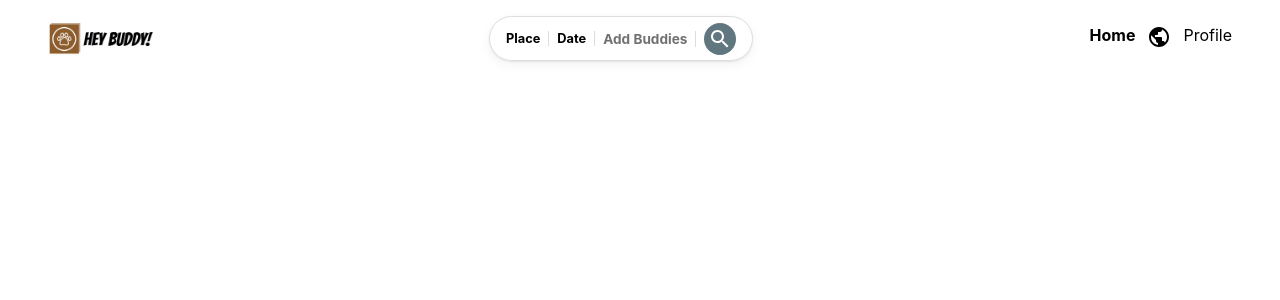
Repository: d4mp3/hey-buddy
Page: /
An editor plug-in stored every save of this project. The page is shown before and after the next save, followed by the edit.
The browser window is 1280 px wide. The pictures show the whole page.
The pointer rests on the first visible `.hey-buddy-home`.
The project was rebuilt for these pictures with package versions that can differ from the ones it lists, and the page was loaded fresh each time. Also part of the build but not shown: next.config.js, vite.config.js.

Above is the page before, as saved 2023-03-16 22:51:11.

### src/index.css
@import url("https://fonts.googleapis.com/css2?family=Nunito+Sans:ital,wght@0,200;0,300;0,400;0,600;0,700;0,800;0,900;1,200;1,300;1,400;1,600;1,700;1,800;1,900&display=swap");

:root {
  --black: #000;
  --grey: #ddd;
  --font-grey: #717171;
  --white: #ffffff;
  --theme: #61777F;
  --light-grey: #f7f7f7;
}


body {
  margin: 0;
  font-family: -apple-system, BlinkMacSystemFont, 'Segoe UI', 'Roboto', 'Oxygen',
    'Ubuntu', 'Cantarell', 'Fira Sans', 'Droid Sans', 'Helvetica Neue',
    sans-serif;
  -webkit-font-smoothing: antialiased;
  -moz-osx-font-smoothing: grayscale;
}

code {
  font-family: source-code-pro, Menlo, Monaco, Consolas, 'Courier New',
    monospace;
}

### src/components/Header/Header.js
import React from 'react';
import "./header.css"
import logo from "../../assets/brand/png/logo-no-background.png";
import SearchTwoToneIcon from '@mui/icons-material/SearchTwoTone';
import PublicIcon from '@mui/icons-material/Public';

function Header() {
  return (
    <div className="navbar">
        <img src={logo} alt="logo" className="navbar-logo"/>
        <div className="search-bar">
          <div className='search-bar-text'>Place</div>
          <div className='search-bar-text'>Date</div>
          <div className='search-bar-text2'>Add Buddies</div>
          <div className='search-icon-div'>
            <SearchTwoToneIcon className='search-icon'/>
          </div>
        </div>
        <div className="profile-container">
          <div className='hey-buddy-home'>Home</div>
          <div className='globe-div'>
              <PublicIcon />
          </div>
          <div className='profile-div'>Profile</div>
        </div>
    </div>
  )
}

export default Header;

### src/components/Header/header.css
.navbar {
    display: flex;
    justify-content: space-between;
    align-items: center;
    padding: 1rem 3rem;
    position: sticky;
    top: 0;
}

.navbar-logo {
    height: 2rem;
}

.search-bar{
    display: flex;
    justify-content: flex-start;
    align-items: center;
    gap: 0.5rem;
    padding: 0.35rem 1rem;
    border: 1px solid var(--grey);
    border-radius: 2rem;
    box-shadow: 0 1px 2px rgb(0 0 0 / 8%), 0 4px 12px rgb(0 0 0 / 5%);
}

.search-bar:hover {
    box-shadow: 0 1px 2px rgb(0 0 0 / 15%), 0 4px 12px rgb(0 0 0 / 12%);
    transition: all 0.2s;
    cursor: pointer;
}


.search-bar-text {
    font-size: 0.8rem;
    font-weight: 700;
    border-right: 1px solid var(--grey);
    padding-right: 0.5rem;
}

.search-bar-text2 {
    font-size: 0.85rem;
    font-weight: 700;
    color: var(--font-grey);
    border-right: 1px solid var(--grey);
    padding-right: 0.5rem;
}

.search-icon-div {
    display: flex;
    justify-content: center;
    align-items: center;
    background-color: var(--theme);
    padding: 0.25rem;
    border-radius: 50%;
    color: white;
}

.profile-container {
    display: flex;
    justify-content: flex-end;
    gap: 0.75rem;
}

.hey-buddy-home {
    padding: 0.5 1rem;
    font-weight: 700;
}

.hey-buddy-home:hover {
    padding: 0.5 1rem;
    font-weight: 700;
}

Loaded but not shown: public/index.html (common file); src/index.js (common file); src/App.js (common file); src/reportWebVitals.js (common file); src/App.css (common file); public/manifest.json (common file)

After the next save:
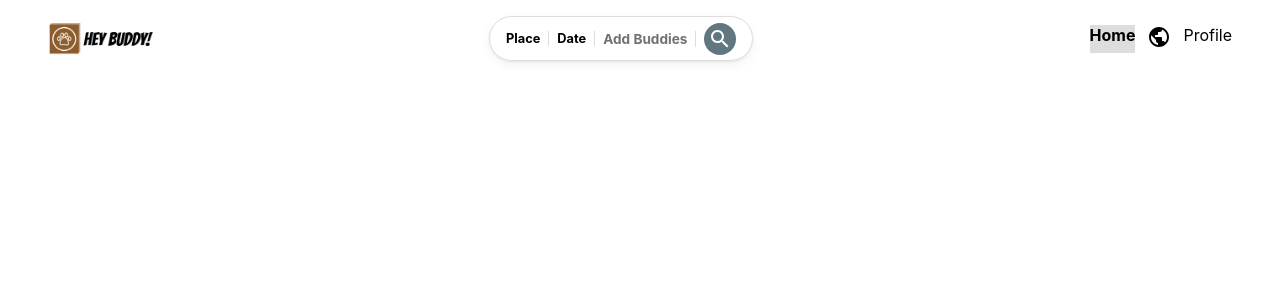
Saved 12 s later.
--- a/src/components/Header/header.css
+++ b/src/components/Header/header.css
@@ -66,6 +66,5 @@
 }
 
 .hey-buddy-home:hover {
-    padding: 0.5 1rem;
-    font-weight: 700;
+    background-color: var(--grey);
 }
